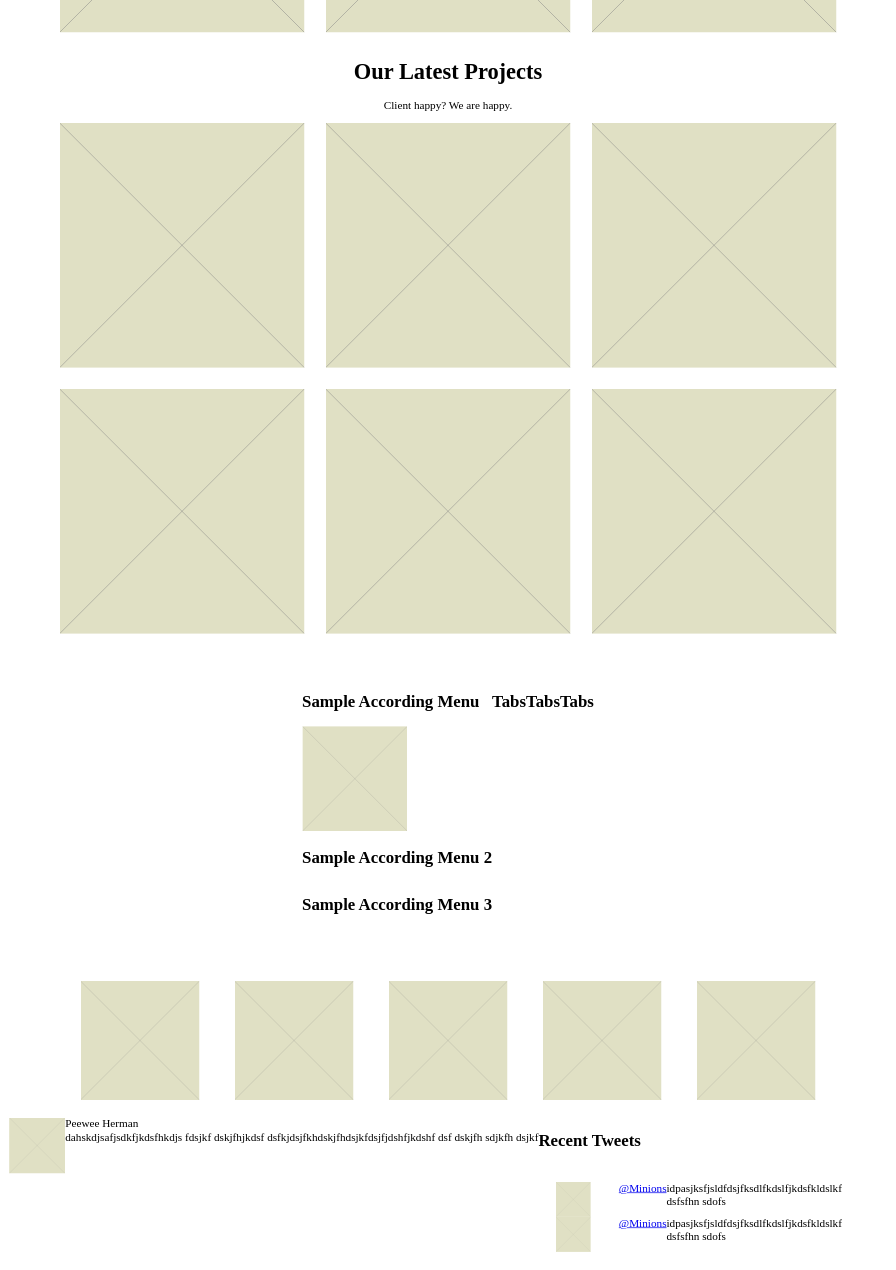
Repository: ReallyNguyen/responsive-web
Page: index.html
These files come from the project's save history. The page is drawn as it stood at one moment and after the next save; the edit follows.
The browser window is 1280 px wide. The pictures show the part of the page from y = 868 to 2788 px (the page is 2682 px tall before and 2788 px after), at 70% of full size.

Above is the page before, as saved 2023-01-25 22:04:41.

### index.html
<!doctype html>
<html class="no-js" lang="">

<head>
  <meta charset="utf-8">
  <title></title>
  <meta name="description" content="">
  <meta name="viewport" content="width=device-width, initial-scale=1">

  <meta property="og:title" content="">
  <meta property="og:type" content="">
  <meta property="og:url" content="">
  <meta property="og:image" content="">

  <link rel="manifest" href="site.webmanifest">
  <link rel="apple-touch-icon" href="icon.png">
  <!-- Place favicon.ico in the root directory -->

  <link rel="stylesheet" href="css/normalize.css">
  <link rel="stylesheet" href="css/main.css">

  <meta name="theme-color" content="#fafafa">
</head>

<body>
  <header>
    <div class="nav-bar">
      <h1 class="company-name" >Metrolics</h1>
      <img class="logo" src="placeholder.svg" alt="company logo" width="50" height="50">
      <img class="accordian" src="placeholder.svg" alt="accordian here" width="50" height="50">

    </div>

    <div class="introduction">
      <h1> Hey guys! This is the Metrolics theme. It sports a responsive layout with a mobile layout.</h1>
    </div>


  </header>



  <article>

    <div class="Title">
      <h1>
        Things we do
      </h1>
      <p>
        ask what we do
      </p>
    </div>

    <main>

      <div class="Contents">
        <div class="Content">
          <img src="placeholder.svg" alt="" width="50" height="50">
          <div class="Description">
            <h4 class="topic">
              Web Solution
            </h4>
            <p> ajisdjsad</p>
          </div>
        </div>

        <div class="Content">
          <img src="placeholder.svg" alt="" width="50" height="50">
          <div class="Description">
            <h4 class="topic">
              Photography
            </h4>
            <p> ajisdjsad</p>
          </div>
        </div>

        <div class="Content">
          <img src="placeholder.svg" alt="" width="50" height="50">
          <div class="Description">
            <h4 class="topic">
              Web Development
            </h4>
            <p> ajisdjsad</p>
          </div>
        </div>

        <div class="Content">
          <img src="placeholder.svg" alt="" width="50" height="50">
          <div class="Description">
            <h4 class="topic">
              Web Design
            </h4>
            <p> ajisdjsad</p>
          </div>
        </div>



      </div>

      <div class="whats_up_lately">

        <div class="Title">
          <h1>
            What's up lately?
          </h1>
          <p>
            Read up on our latest work
          </p>
        </div>

        <div class="Boxes">
          <img class="Sample" src="placeholder.svg" alt="" width="360" height="360">
          <img class="Sample" src="placeholder.svg" alt="" width="360" height="360">
          <img class="Sample" src="placeholder.svg" alt="" width="360" height="360">
        </div>
      </div>

      <div class="our_latest_projects">

        <div class="Title">
          <h1>
            Our Latest Projects
          </h1>
          <p>
            Client happy? We are happy.
          </p>
        </div>

        <div class="Boxes">
          <img class="Sample" src="placeholder.svg" alt="">
          <img class="Sample" src="placeholder.svg" alt="">
          <img class="Sample" src="placeholder.svg" alt="">
          <img class="Sample" src="placeholder.svg" alt="">
          <img class="Sample" src="placeholder.svg" alt="">
          <img class="Sample" src="placeholder.svg" alt="">
        </div>
      </div>

      <div class="Bottom">
        <div class="Menu">
          <div class="Menu1">
            <h2>Sample According Menu</h2>
            <div class="Desc-Menu1"></div>
            <img src="placeholder.svg" alt="" width="150" height="150">
          </div>
          <h2>Sample According Menu 2</h2>
          <h2>Sample According Menu 3</h2>
        </div>
        <div class="Tabs">
          <h2>Tabs</h2>
          <h2>Tabs</h2>
          <h2>Tabs</h2>
        </div>
      </div>

      <div class="Companies">
        <img class="Companies-Logo" src="placeholder.svg" alt="">
        <img class="Companies-Logo" src="placeholder.svg" alt="">
        <img class="Companies-Logo" src="placeholder.svg" alt="">
        <img class="Companies-Logo" src="placeholder.svg" alt="">
        <img class="Companies-Logo" src="placeholder.svg" alt="">
      </div>


      <footer>

        <div class="founder">
          <img src="placeholder.svg" alt="" width="80" height="80">
          <div class="socail-text-box"
          <h3> Peewee Herman </h3>
          <p> dahskdjsafjsdkfjkdsfhkdjs fdsjkf dskjfhjkdsf dsfkjdsjfkhdskjfhdsjkfdsjfjdshfjkdshf dsf dskjfh sdjkfh dsjkf</p>

        </div>



      <div class="recent-tweets">
        <h2> Recent Tweets </h2>


        <div class="social-box">

          <div class="social-box-contents">
          <img src="placeholder.svg" alt="" width="50" height="50">
          <div class="social-text-box">
            <a href="url"> @Minions </a>
            <p> idpasjksfjsldfdsjfksdlfkdslfjkdsfkldslkf dsfsfhn sdofs </p>
        </div>
         </div>

        <div class="social-box-contents">
          <img src="placeholder.svg" alt="" width="50" height="50">
          <div class="social-text-box">
            <a href="url"> @Minions </a>
            <p> idpasjksfjsldfdsjfksdlfkdslfjkdsfkldslkf dsfsfhn sdofs </p>
          </div>
        </div>

        </div>
      </div>

    </footer>

    </main>



  </article>
</body>

</html>

### css/main.css
.nav-bar {
  display: flex;
  flex-direction: row;
  justify-content: center;
  margin: 50px;
}

.introduction {
  display: flex;
  justify-content: center;
}

.founder {
  display: flex;
  justify-content: row;
}

.social-box {
  display: flex;
  justify-content: center;
  flex-direction: column;
  padding: 5%;

}



.social-text-box {
  display: flex;
  justify-content: center;
  padding-left: 40px;


}



.social-box-contents {
  display: flex;
  flex-direction: row;
}


article>div {
  margin: 15px;
}

.Title {
  display: flex;
  flex-direction: column;
  text-align: center;
  margin-top: 0;
}

main {
  display: flex;
  flex-direction: column;
  align-items: center;
}


.topic {
  margin: 0;
}

p {
  margin: 0px;
}

.Contents {
  display: flex;
  flex-direction: row;
}

.Content {
  display: flex;
  flex-direction: row;
  margin: 15px;
}

.Boxes {
  display: flex;
  display: flex;
  flex-wrap: wrap;
  justify-content: center;
}

.Sample {
  margin: 15px;
  width: 350px;
  height: 350px;
}

.Bottom {
  display: flex;
  flex-direction: row;
  margin: 50px;
}

.Menu {
  display: flex;
  flex-direction: column;
}

.Tabs {
  display: flex;
  flex-direction: row;
}

.Companies {
  display: flex;
  flex-direction: row;
}

.Companies-Logo {
  width: 170px;
  height: 170px;
  margin: 25px;
}

/* Small only */
@media screen and (max-width: 39.9375em) {
  header {
    display: flex;
    flex-direction: column;
    text-align: center;
    margin: 15px;
    font-size: 10px;
  }
}

/* Medium and up */
@media screen and (min-width: 40em) {
  h1 br {
    display: none;
  }

}

/* Medium only */
@media screen and (min-width: 40em) and (max-width: 63.9375em) {}

/* Large and up */
@media screen and (min-width: 64em) {}

/* Large only */
@media screen and (min-width: 64em) and (max-width: 74.9375em) {}

Loaded but not shown: css/normalize.css (library)

After the next save:
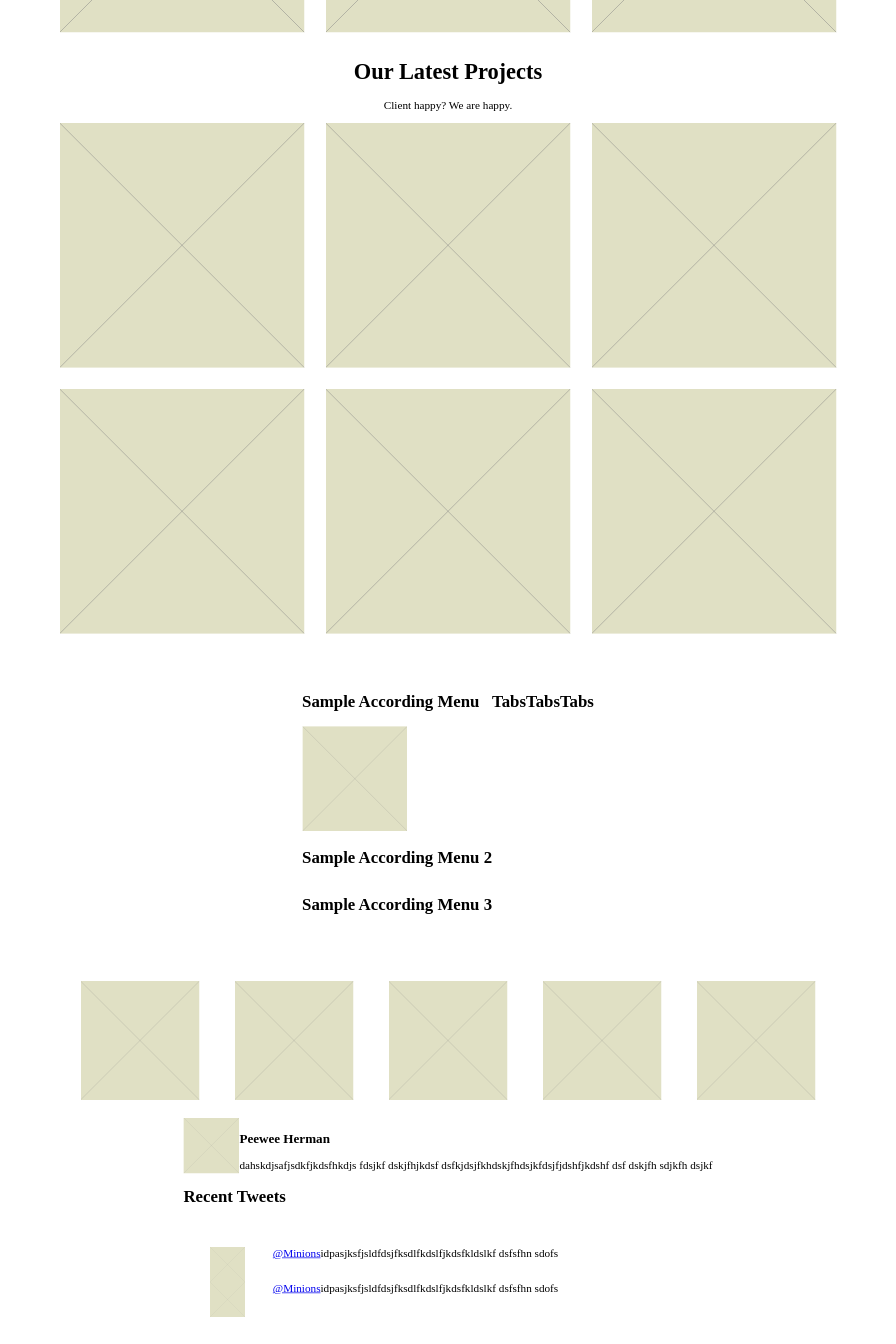
Saved 17 s later.
--- a/index.html
+++ b/index.html
@@ -167,10 +167,10 @@
 
         <div class="founder">
           <img src="placeholder.svg" alt="" width="80" height="80">
-          <div class="socail-text-box"
-          <h3> Peewee Herman </h3>
-          <p> dahskdjsafjsdkfjkdsfhkdjs fdsjkf dskjfhjkdsf dsfkjdsjfkhdskjfhdsjkfdsjfjdshfjkdshf dsf dskjfh sdjkfh dsjkf</p>
-
+          <div class="socail-text-box">
+            <h3> Peewee Herman </h3>
+            <p> dahskdjsafjsdkfjkdsfhkdjs fdsjkf dskjfhjkdsf dsfkjdsjfkhdskjfhdsjkfdsjfjdshfjkdshf dsf dskjfh sdjkfh dsjkf</p>
+         </div>
         </div>
 
 
